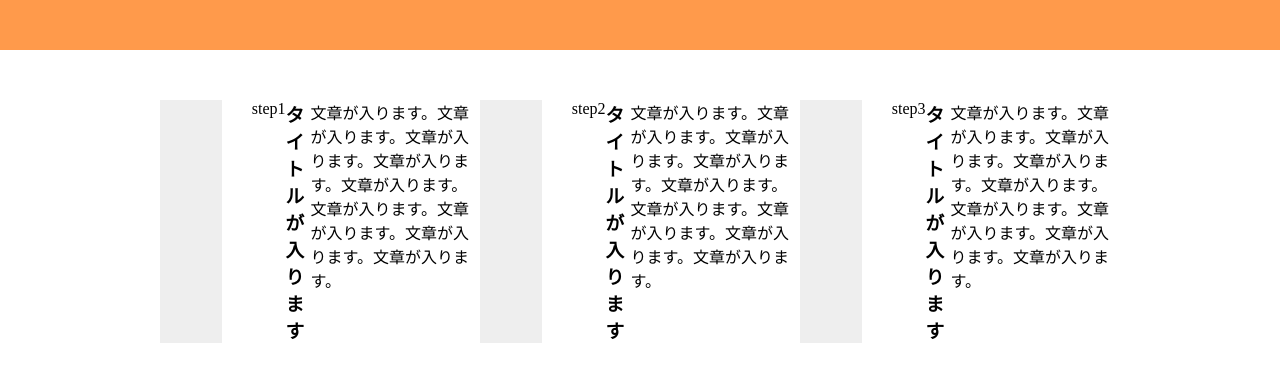
Repository: takuto27/ouyou
Page: chapter9-2_exercise/ensyu9-2.html
The author's editor kept a record of every edit. The page is drawn from the files as they stood at one moment, then again after the next edit.
The browser window is 1280 px wide. The pictures show the whole page.

Above is the page before.

After the next edit:
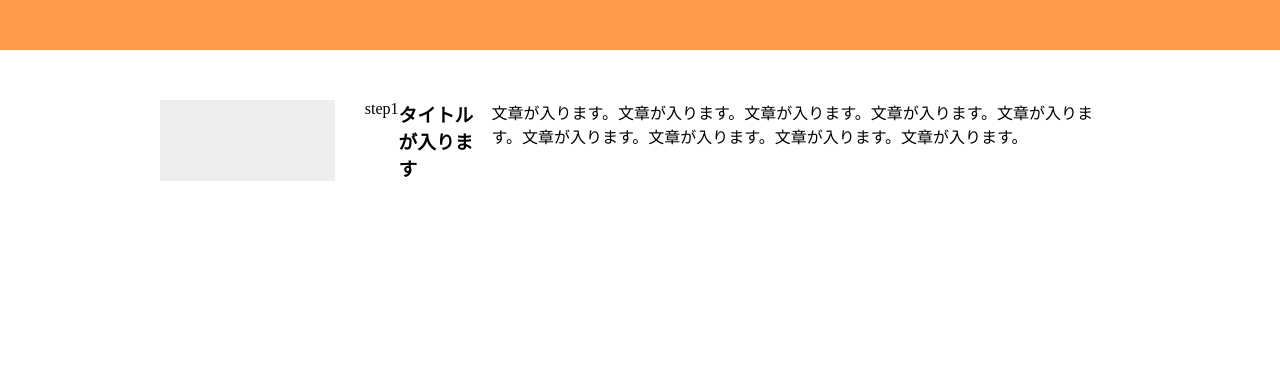
The edit:
--- a/chapter9-2_exercise/ensyu9-2.html
+++ b/chapter9-2_exercise/ensyu9-2.html
@@ -15,21 +15,3 @@
         <span class="category">step1</span>
         <h3 class="title">タイトルが入ります</h3>
         <p class="text">文章が入ります。文章が入ります。文章が入ります。文章が入ります。文章が入ります。文章が入ります。文章が入ります。文章が入ります。文章が入ります。</p>
-
-      <div class="box"></div>
-        <div class="image2"></div>
-        <span class="category">step2</span>
-        <h3 class="title">タイトルが入ります</h3>
-        <p class="text">文章が入ります。文章が入ります。文章が入ります。文章が入ります。文章が入ります。文章が入ります。文章が入ります。文章が入ります。文章が入ります。</p>
-
-      <div class="box"></div>
-        <div class="image3"></div>
-        <span class="category">step3</span>
-        <h3 class="title">タイトルが入ります</h3>
-        <p class="text">文章が入ります。文章が入ります。文章が入ります。文章が入ります。文章が入ります。文章が入ります。文章が入ります。文章が入ります。文章が入ります。</p>
-    </main>
-
-    <footer></footer>
-  </bady>
-
-</html>
